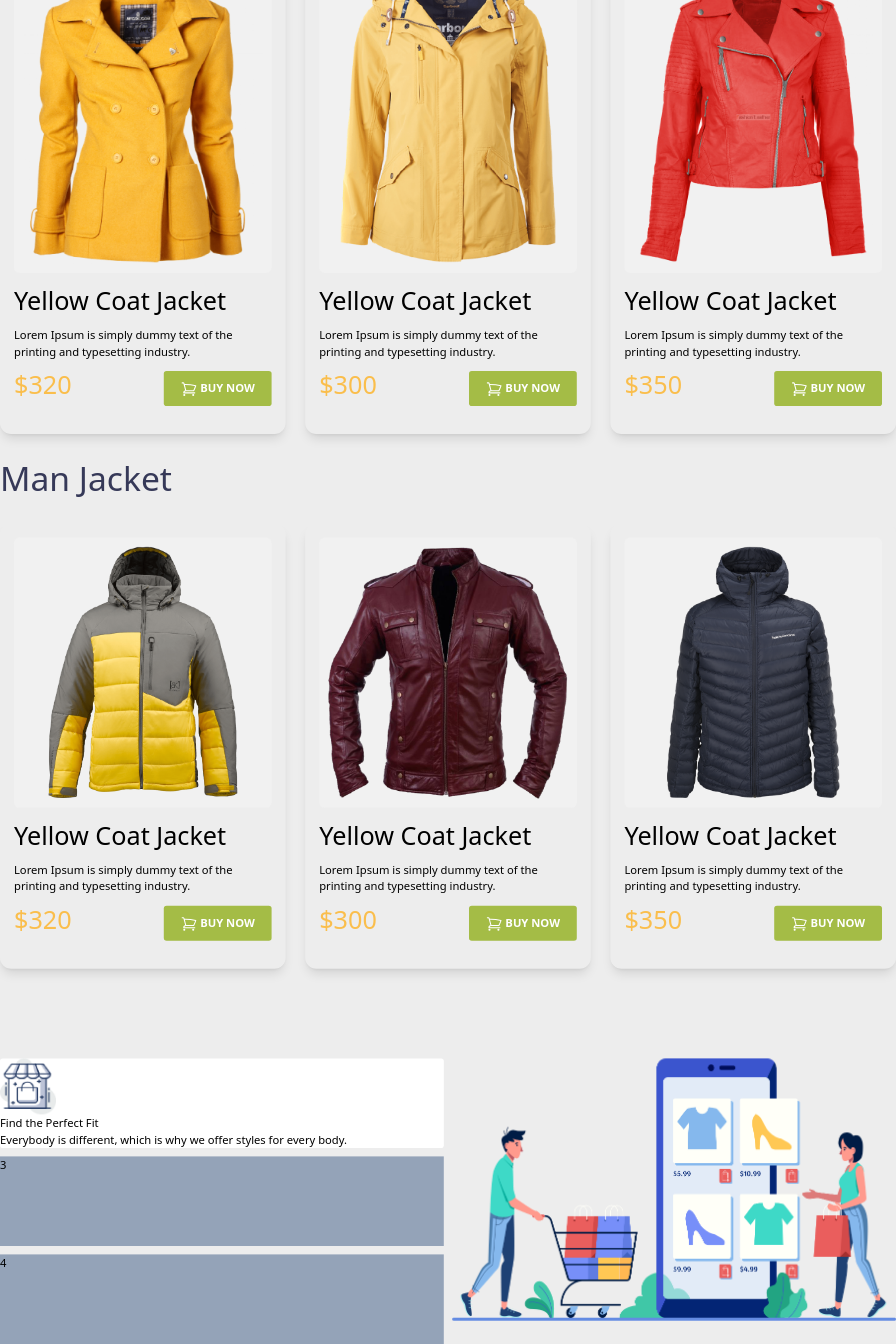
Repository: zjria/penguin-e-commerce-fashion
Page: index.html
An editor plug-in stored every save of this project. The page is shown before and after the next save, followed by the edit.
The browser window is 1280 px wide. The pictures show the part of the page from y = 970 to 2890 px (the page is 2890 px tall), at 70% of full size.
Some web libraries are served in a nearby version.

Above is the page before, as saved 2022-10-07 09:54:37.

### index.html
<!DOCTYPE html>
<html lang="en">

<head>
    <meta charset="UTF-8">
    <meta http-equiv="X-UA-Compatible" content="IE=edge">
    <meta name="viewport" content="width=device-width, initial-scale=1.0">
    <title>Penguin E-commerce</title>
    <!-- Google Fonts Link -->
    <link rel="preconnect" href="https://fonts.googleapis.com">
    <link rel="preconnect" href="https://fonts.gstatic.com" crossorigin>
    <link href="https://fonts.googleapis.com/css2?family=Bebas+Neue&family=Roboto:wght@100;300;400;500&display=swap"
        rel="stylesheet">

    <!-- Tailwind CSS CDN link -->
    <script src="https://cdn.tailwindcss.com"></script>
    <script>
        tailwind.config = {
            theme: {
                extend: {
                    colors: {
                        clifford: '#da373d',
                        header_bg: '#FFFBF0',
                        main_text_color: '#363958',
                        price_color: '#FABE4C',
                        card_bg: '#F1F1F1',
                        full_card_bg: '#FFFFFF',
                        main_color: '#EDEDED'
                    }
                }
            }
        }
    </script>
</head>

<body>
    <h2 class="bg-purple-300 text-center font-header_text">Do selfless favor to people</h2>


    <!-- Header Section -->
    <header class="bg-header_bg pb-32 pt-24">
        <section class="container mx-auto uppercase sm:flex items-center justify-around">
            <div class="space-y-3">
                <h1 class="text-2xl sm:text-5xl font-bold font-header_text">
                    <span class="text-yellow-400">Be the Penguins</span> <br>
                    <span class="text-slate-600">of Winter</span>
                </h1>
                <p class="font-anther_text">Lorem Ipsum is simply dummy text of the printing
                    and typesetting industry.</p>
                <button class="uppercase bg-[#A4BC46] py-3 px-6 text-white font-semibold rounded font-anther_text"> <svg
                        xmlns="http://www.w3.org/2000/svg" fill="none" viewBox="0 0 24 24" stroke-width="1.5"
                        stroke="currentColor" class="w-6 h-6 inline text-white">
                        <path stroke-linecap="round" stroke-linejoin="round"
                            d="M2.25 3h1.386c.51 0 .955.343 1.087.835l.383 1.437M7.5 14.25a3 3 0 00-3 3h15.75m-12.75-3h11.218c1.121-2.3 2.1-4.684 2.924-7.138a60.114 60.114 0 00-16.536-1.84M7.5 14.25L5.106 5.272M6 20.25a.75.75 0 11-1.5 0 .75.75 0 011.5 0zm12.75 0a.75.75 0 11-1.5 0 .75.75 0 011.5 0z" />
                    </svg>
                    Buy Now</button>
            </div>
            <div class="pt-8 sm:pt-8">
                <img class=" w-1/2 sm:w-full" src="images/model.png" alt="">
            </div>
        </section>
    </header>

    <!-- Main Section Start -->
    <main class="bg-main_color">
        <!-- Woman Jacket -->
        <section class="container mx-auto">
            <h2 class="text-5xl my-10 text-main_text_color font-header_text">Woman Jacket</h2>
            <div class="grid md:grid-cols-2 lg:grid-cols-3 gap-7">
                <div class="full_card_bg ">
                    <div class="rounded-2xl shadow-lg p-5">
                        <div class="p-3 bg-card_bg rounded-lg">
                            <img src="images/jacket-1.png" alt="">
                        </div>
                        <div class="py-3">
                            <h3 class="text-4xl py-2">Yellow Coat Jacket</h3>
                            <p class="py-2">Lorem Ipsum is simply dummy text of the
                                printing and typesetting industry.</p>
                            <div class="flex justify-between py-2">
                                <h3 class="text-4xl text-price_color">$320</h3>
                                <button
                                    class="uppercase bg-[#A4BC46] py-3 px-6 text-white font-semibold rounded font-anther_text">
                                    <svg xmlns="http://www.w3.org/2000/svg" fill="none" viewBox="0 0 24 24"
                                        stroke-width="1.5" stroke="currentColor" class="w-6 h-6 inline text-white">
                                        <path stroke-linecap="round" stroke-linejoin="round"
                                            d="M2.25 3h1.386c.51 0 .955.343 1.087.835l.383 1.437M7.5 14.25a3 3 0 00-3 3h15.75m-12.75-3h11.218c1.121-2.3 2.1-4.684 2.924-7.138a60.114 60.114 0 00-16.536-1.84M7.5 14.25L5.106 5.272M6 20.25a.75.75 0 11-1.5 0 .75.75 0 011.5 0zm12.75 0a.75.75 0 11-1.5 0 .75.75 0 011.5 0z" />
                                    </svg>
                                    Buy Now</button>
                            </div>
                        </div>
                    </div>
                </div>
                <div class="full_card_bg ">
                    <div class="rounded-2xl shadow-lg p-5">
                        <div class="p-3 bg-card_bg rounded-lg">
                            <img src="images/jacket-2.png" alt="">
                        </div>
                        <div class="py-3">
                            <h3 class="text-4xl py-2">Yellow Coat Jacket</h3>
                            <p class="py-2">Lorem Ipsum is simply dummy text of the
                                printing and typesetting industry.</p>
                            <div class="flex justify-between py-2">
                                <h3 class="text-4xl text-price_color">$300</h3>
                                <button
                                    class="uppercase bg-[#A4BC46] py-3 px-6 text-white font-semibold rounded font-anther_text">
                                    <svg xmlns="http://www.w3.org/2000/svg" fill="none" viewBox="0 0 24 24"
                                        stroke-width="1.5" stroke="currentColor" class="w-6 h-6 inline text-white">
                                        <path stroke-linecap="round" stroke-linejoin="round"
                                            d="M2.25 3h1.386c.51 0 .955.343 1.087.835l.383 1.437M7.5 14.25a3 3 0 00-3 3h15.75m-12.75-3h11.218c1.121-2.3 2.1-4.684 2.924-7.138a60.114 60.114 0 00-16.536-1.84M7.5 14.25L5.106 5.272M6 20.25a.75.75 0 11-1.5 0 .75.75 0 011.5 0zm12.75 0a.75.75 0 11-1.5 0 .75.75 0 011.5 0z" />
                                    </svg>
                                    Buy Now</button>
                            </div>
                        </div>
                    </div>
                </div>
                <div class="full_card_bg ">
                    <div class="rounded-2xl shadow-lg p-5">
                        <div class="p-3 bg-card_bg rounded-lg">
                            <img src="images/jacket-3.png" alt="">
                        </div>
                        <div class="py-3">
                            <h3 class="text-4xl py-2">Yellow Coat Jacket</h3>
                            <p class="py-2">Lorem Ipsum is simply dummy text of the
                                printing and typesetting industry.</p>
                            <div class="flex justify-between py-2">
                                <h3 class="text-4xl text-price_color">$350</h3>
                                <button
                                    class="uppercase bg-[#A4BC46] py-3 px-6 text-white font-semibold rounded font-anther_text">
                                    <svg xmlns="http://www.w3.org/2000/svg" fill="none" viewBox="0 0 24 24"
                                        stroke-width="1.5" stroke="currentColor" class="w-6 h-6 inline text-white">
                                        <path stroke-linecap="round" stroke-linejoin="round"
                                            d="M2.25 3h1.386c.51 0 .955.343 1.087.835l.383 1.437M7.5 14.25a3 3 0 00-3 3h15.75m-12.75-3h11.218c1.121-2.3 2.1-4.684 2.924-7.138a60.114 60.114 0 00-16.536-1.84M7.5 14.25L5.106 5.272M6 20.25a.75.75 0 11-1.5 0 .75.75 0 011.5 0zm12.75 0a.75.75 0 11-1.5 0 .75.75 0 011.5 0z" />
                                    </svg>
                                    Buy Now</button>
                            </div>
                        </div>
                    </div>
                </div>


            </div>

        </section>

        <!-- Man Jacket -->
        <section class="container mx-auto">
            <h2 class="text-5xl my-10 text-main_text_color font-header_text">Man Jacket</h2>
            <div class="grid md:grid-cols-2 lg:grid-cols-3 gap-7">
                <div class="full_card_bg ">
                    <div class="rounded-2xl shadow-lg p-5">
                        <div class="p-3 bg-card_bg rounded-lg">
                            <img src="images/jacket-4.png" alt="">
                        </div>
                        <div class="py-3">
                            <h3 class="text-4xl py-2">Yellow Coat Jacket</h3>
                            <p class="py-2">Lorem Ipsum is simply dummy text of the
                                printing and typesetting industry.</p>
                            <div class="flex justify-between py-2">
                                <h3 class="text-4xl text-price_color">$320</h3>
                                <button
                                    class="uppercase bg-[#A4BC46] py-3 px-6 text-white font-semibold rounded font-anther_text">
                                    <svg xmlns="http://www.w3.org/2000/svg" fill="none" viewBox="0 0 24 24"
                                        stroke-width="1.5" stroke="currentColor" class="w-6 h-6 inline text-white">
                                        <path stroke-linecap="round" stroke-linejoin="round"
                                            d="M2.25 3h1.386c.51 0 .955.343 1.087.835l.383 1.437M7.5 14.25a3 3 0 00-3 3h15.75m-12.75-3h11.218c1.121-2.3 2.1-4.684 2.924-7.138a60.114 60.114 0 00-16.536-1.84M7.5 14.25L5.106 5.272M6 20.25a.75.75 0 11-1.5 0 .75.75 0 011.5 0zm12.75 0a.75.75 0 11-1.5 0 .75.75 0 011.5 0z" />
                                    </svg>
                                    Buy Now</button>
                            </div>
                        </div>
                    </div>
                </div>
                <div class="full_card_bg ">
                    <div class="rounded-2xl shadow-lg p-5">
                        <div class="p-3 bg-card_bg rounded-lg">
                            <img src="images/jacket-5.png" alt="">
                        </div>
                        <div class="py-3">
                            <h3 class="text-4xl py-2">Yellow Coat Jacket</h3>
                            <p class="py-2">Lorem Ipsum is simply dummy text of the
                                printing and typesetting industry.</p>
                            <div class="flex justify-between py-2">
                                <h3 class="text-4xl text-price_color">$300</h3>
                                <button
                                    class="uppercase bg-[#A4BC46] py-3 px-6 text-white font-semibold rounded font-anther_text">
                                    <svg xmlns="http://www.w3.org/2000/svg" fill="none" viewBox="0 0 24 24"
                                        stroke-width="1.5" stroke="currentColor" class="w-6 h-6 inline text-white">
                                        <path stroke-linecap="round" stroke-linejoin="round"
                                            d="M2.25 3h1.386c.51 0 .955.343 1.087.835l.383 1.437M7.5 14.25a3 3 0 00-3 3h15.75m-12.75-3h11.218c1.121-2.3 2.1-4.684 2.924-7.138a60.114 60.114 0 00-16.536-1.84M7.5 14.25L5.106 5.272M6 20.25a.75.75 0 11-1.5 0 .75.75 0 011.5 0zm12.75 0a.75.75 0 11-1.5 0 .75.75 0 011.5 0z" />
                                    </svg>
                                    Buy Now</button>
                            </div>
                        </div>
                    </div>
                </div>
                <div class="full_card_bg ">
                    <div class="rounded-2xl shadow-lg p-5">
                        <div class="p-3 bg-card_bg rounded-lg">
                            <img src="images/jacket-6.png" alt="">
                        </div>
                        <div class="py-3">
                            <h3 class="text-4xl py-2">Yellow Coat Jacket</h3>
                            <p class="py-2">Lorem Ipsum is simply dummy text of the
                                printing and typesetting industry.</p>
                            <div class="flex justify-between py-2">
                                <h3 class="text-4xl text-price_color">$350</h3>
                                <button
                                    class="uppercase bg-[#A4BC46] py-3 px-6 text-white font-semibold rounded font-anther_text">
                                    <svg xmlns="http://www.w3.org/2000/svg" fill="none" viewBox="0 0 24 24"
                                        stroke-width="1.5" stroke="currentColor" class="w-6 h-6 inline text-white">
                                        <path stroke-linecap="round" stroke-linejoin="round"
                                            d="M2.25 3h1.386c.51 0 .955.343 1.087.835l.383 1.437M7.5 14.25a3 3 0 00-3 3h15.75m-12.75-3h11.218c1.121-2.3 2.1-4.684 2.924-7.138a60.114 60.114 0 00-16.536-1.84M7.5 14.25L5.106 5.272M6 20.25a.75.75 0 11-1.5 0 .75.75 0 011.5 0zm12.75 0a.75.75 0 11-1.5 0 .75.75 0 011.5 0z" />
                                    </svg>
                                    Buy Now</button>
                            </div>
                        </div>
                    </div>
                </div>
            </div>
        </section>
        <!-- ‍Shopping Section Start -->
        <section class="container mx-auto mt-32">
            <div class="grid grid-cols-2 gap-3">
                <div class="h-32 bg-white rounded">
                    <img class="w-20 h-20" src="images/house.png" alt="">
                    <div class="text">
                        <h4 class="text-3">Find the Perfect Fit</h4>
                        <p>Everybody is different, which is why we
                            offer styles for every body.</p>
                    </div>
                </div>
                <div class="row-span-3">
                    <img src="images/shopping.png" alt="">
                </div>
                <div class="h-32 bg-slate-400">3</div>
                <div class="h-32 bg-slate-400">4</div>
            </div>
        </section>
    </main>

</body>

</html>

After the next save:
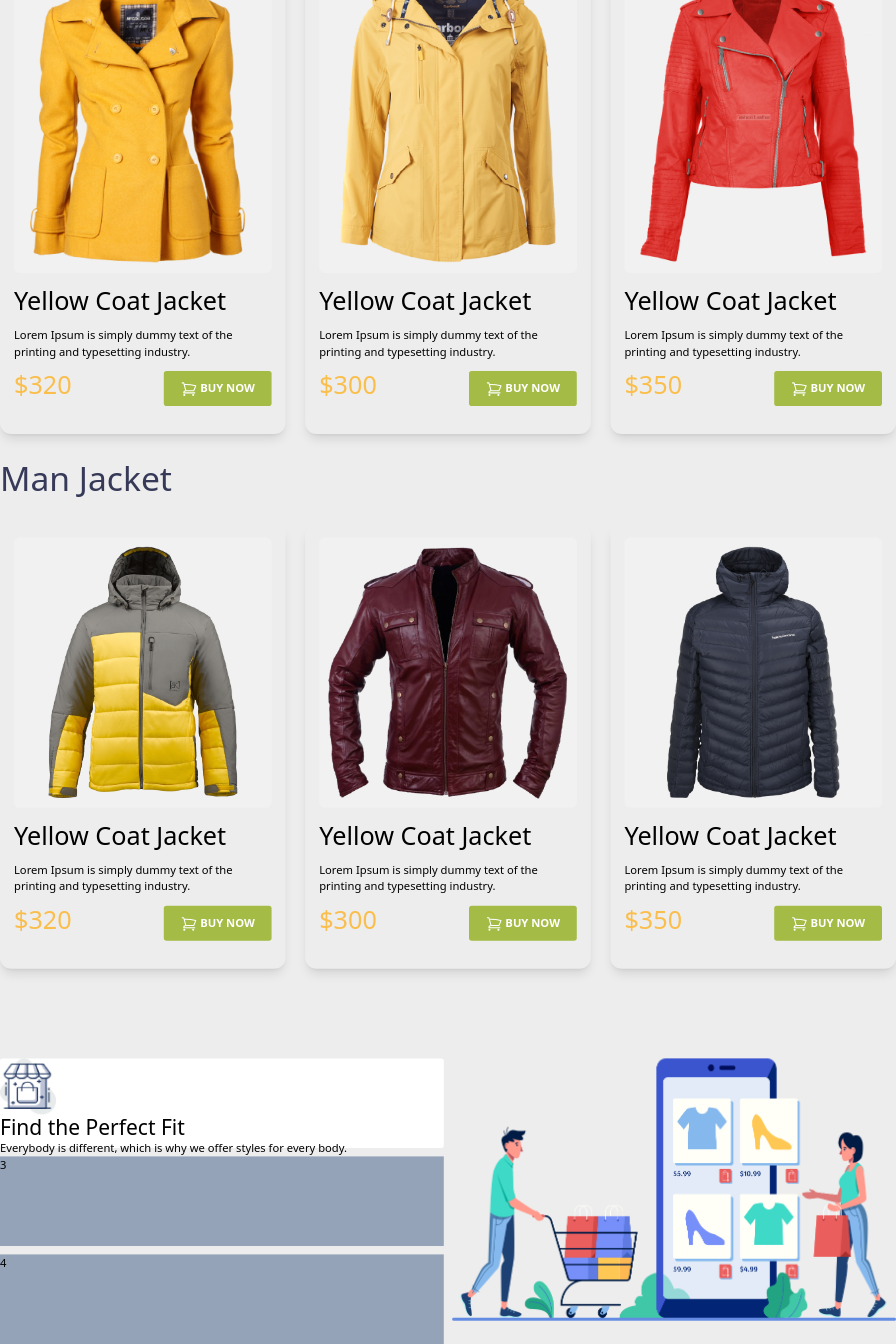
Saved 55 s later.
--- a/index.html
+++ b/index.html
@@ -223,7 +223,7 @@
                 <div class="h-32 bg-white rounded">
                     <img class="w-20 h-20" src="images/house.png" alt="">
                     <div class="text">
-                        <h4 class="text-3">Find the Perfect Fit</h4>
+                        <h4 class="text-3xl">Find the Perfect Fit</h4>
                         <p>Everybody is different, which is why we
                             offer styles for every body.</p>
                     </div>
